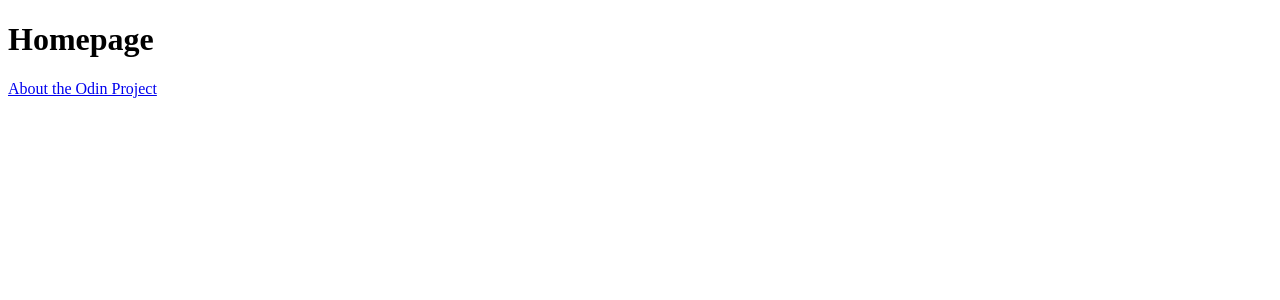
Repository: PamelaUzodimma/first-contributions
Page: odin-links-and-images/index.html
The author's editor kept a copy of each file at every save. The page is drawn from the files as they stood at one save, then again after the next save.
The browser window is 1280 px wide. The pictures show the whole page.

Above is the page before, as saved 2025-04-22 19:53:07.

### odin-links-and-images/index.html
<!DOCTYPE html>
<html lang="en">
<head>
    <meta charset="UTF-8">
    <meta name="viewport" content="width=head, initial-scale=1.0">
    <title>My Links in Odin</title>
</head>
<body>
    <h1>Homepage</h1>
    <a href="https://www.theodinproject.com/about">About the Odin Project</a>
</body>
</html>

After the next save:
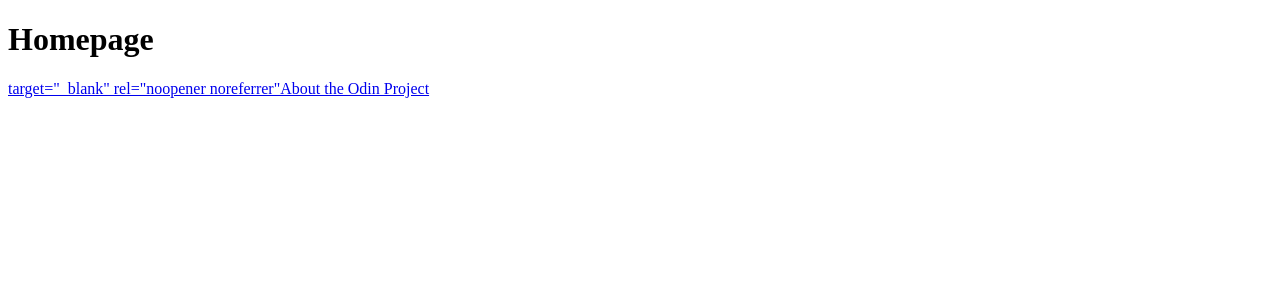
Saved 33 days later.
--- a/odin-links-and-images/index.html
+++ b/odin-links-and-images/index.html
@@ -7,6 +7,6 @@
 </head>
 <body>
     <h1>Homepage</h1>
-    <a href="https://www.theodinproject.com/about">About the Odin Project</a>
+    <a href="https://www.theodinproject.com/about"> target="_blank" rel="noopener noreferrer"About the Odin Project</a>
 </body>
 </html>
